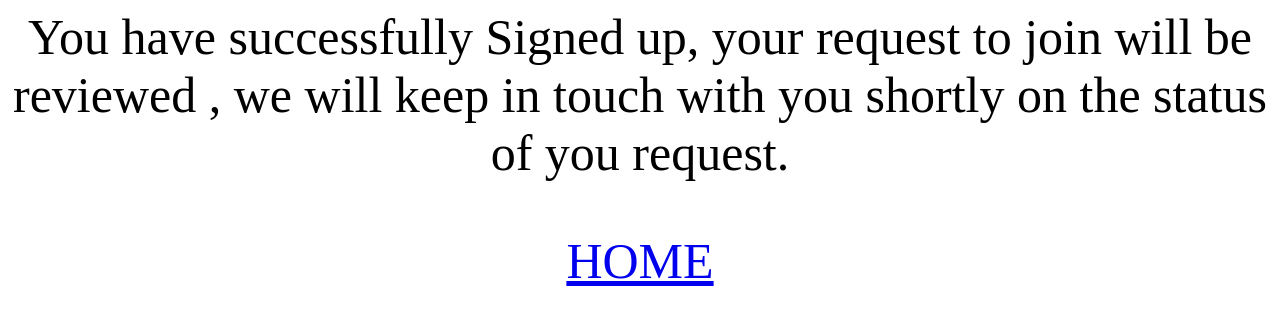
Repository: lorna-k/Workspace
Page: Alumni/Alumni-2/WebContent/signedup.html
These files come from the project's save history. The page is drawn as it stood at one moment and after the next save; the edit follows.
The browser window is 1280 px wide. The pictures show the whole page.
Some web fonts or font styles are not loaded; a fallback is used.

Above is the page before, as saved 2016-09-15 08:31:26.

### Alumni/Alumni-2/WebContent/signedup.html
<!DOCTYPE html>
<html>
<head>
<meta charset="ISO-8859-1">
<title>Insert title here</title>
</head>
<body>
	<div  style="font-size:50px; font-family:Arial Black" align="center">

		You have successfully Signed up,
		your request to join will be reviewed
		, we will keep in touch with you shortly on the status
		of you request.

		<p><a href="imdex.html">HOME</a></p>
	</div>
</body>
</html>

After the next save:
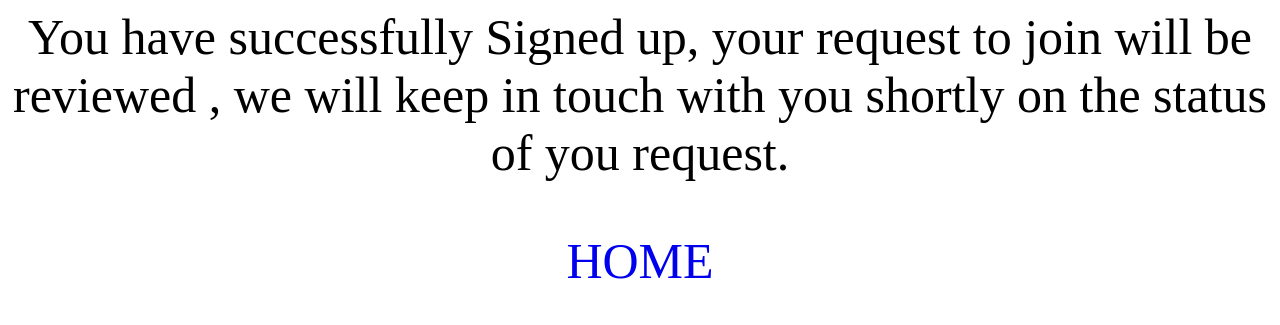
Saved 95 s later.
--- a/Alumni/Alumni-2/WebContent/signedup.html
+++ b/Alumni/Alumni-2/WebContent/signedup.html
@@ -12,7 +12,7 @@
 		, we will keep in touch with you shortly on the status
 		of you request.
 
-		<p><a href="imdex.html">HOME</a></p>
+		<p><a href="imdex.html" style="text-decoration: none;">HOME</a></p>
 	</div>
 </body>
 </html>
